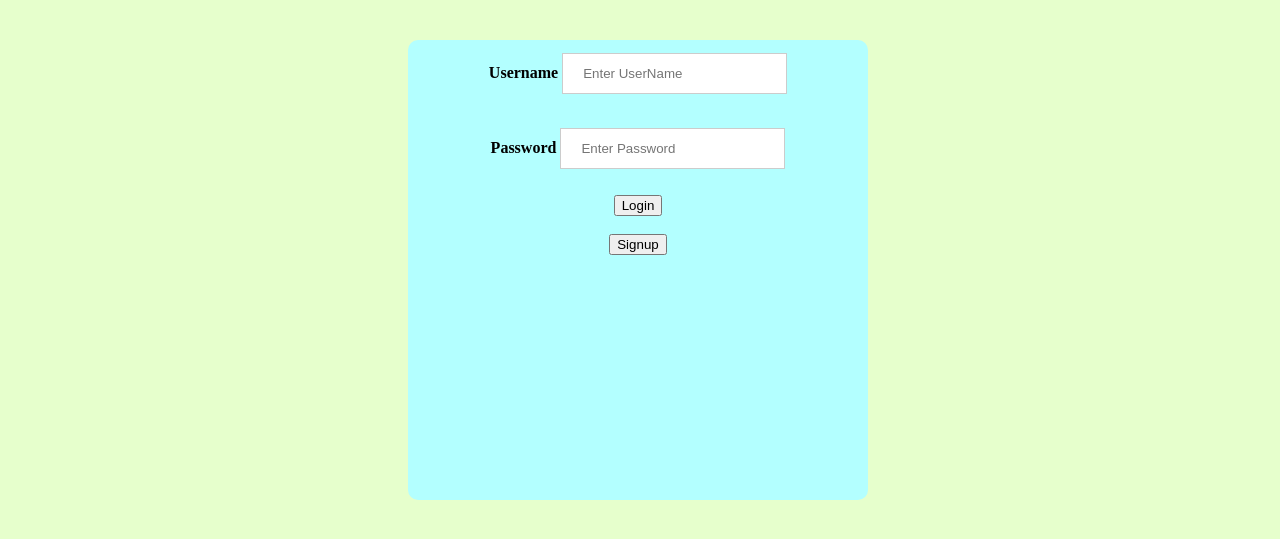
Repository: jagdishpatil18/JavaAdv
Page: Login_App/WebContent/index.html
An editor plug-in stored every save of this project. The page is shown before and after the next save, followed by the edit.
The browser window is 1280 px wide. The pictures show the whole page.

Above is the page before, as saved 2017-04-27 06:18:31.

After the next save:
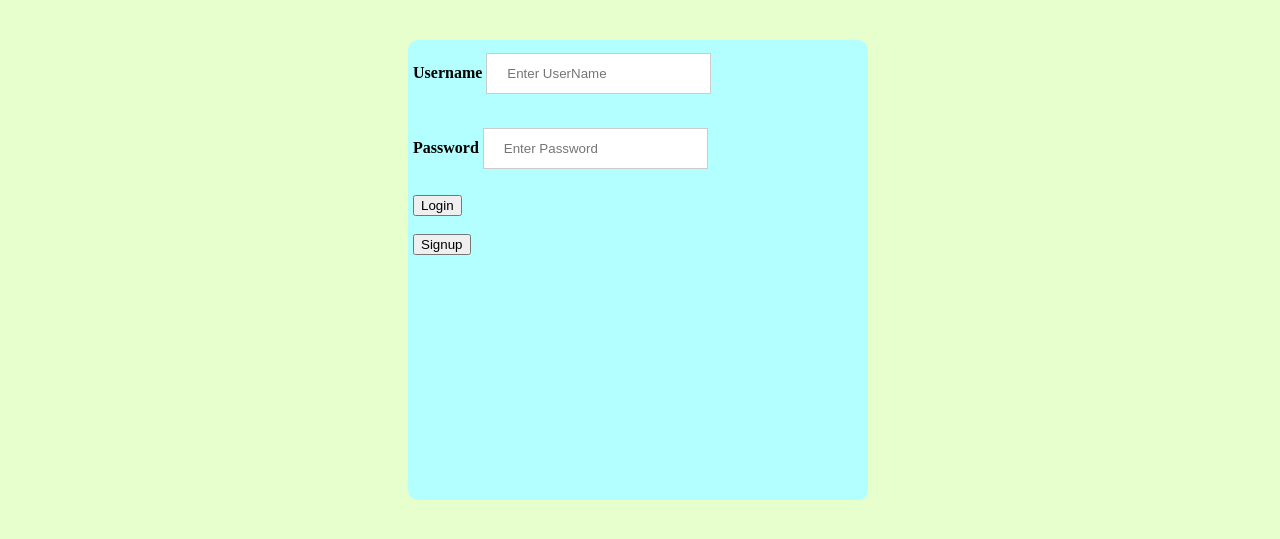
Saved 11 min 26 s later.
--- a/Login_App/WebContent/index.html
+++ b/Login_App/WebContent/index.html
@@ -28,7 +28,7 @@ input[type=text], input[type=password] {
 <body bgcolor="#e6ffcc">
 
 	<div class="div">
-		<center>
+		<!-- <center> -->
 			<form action="ServletLogin" method="post">
 				<label><b>Username</b></label> <input type="text"
 					placeholder="Enter UserName" name="username"><br></br> <label><b>Password
@@ -37,7 +37,7 @@ input[type=text], input[type=password] {
 			</form>
 
 			<br> <label> <a href="signup.html"><button>Signup</button></a></label>
-		</center>
+		<!-- </center> -->
 	</div>
 
 </body>
